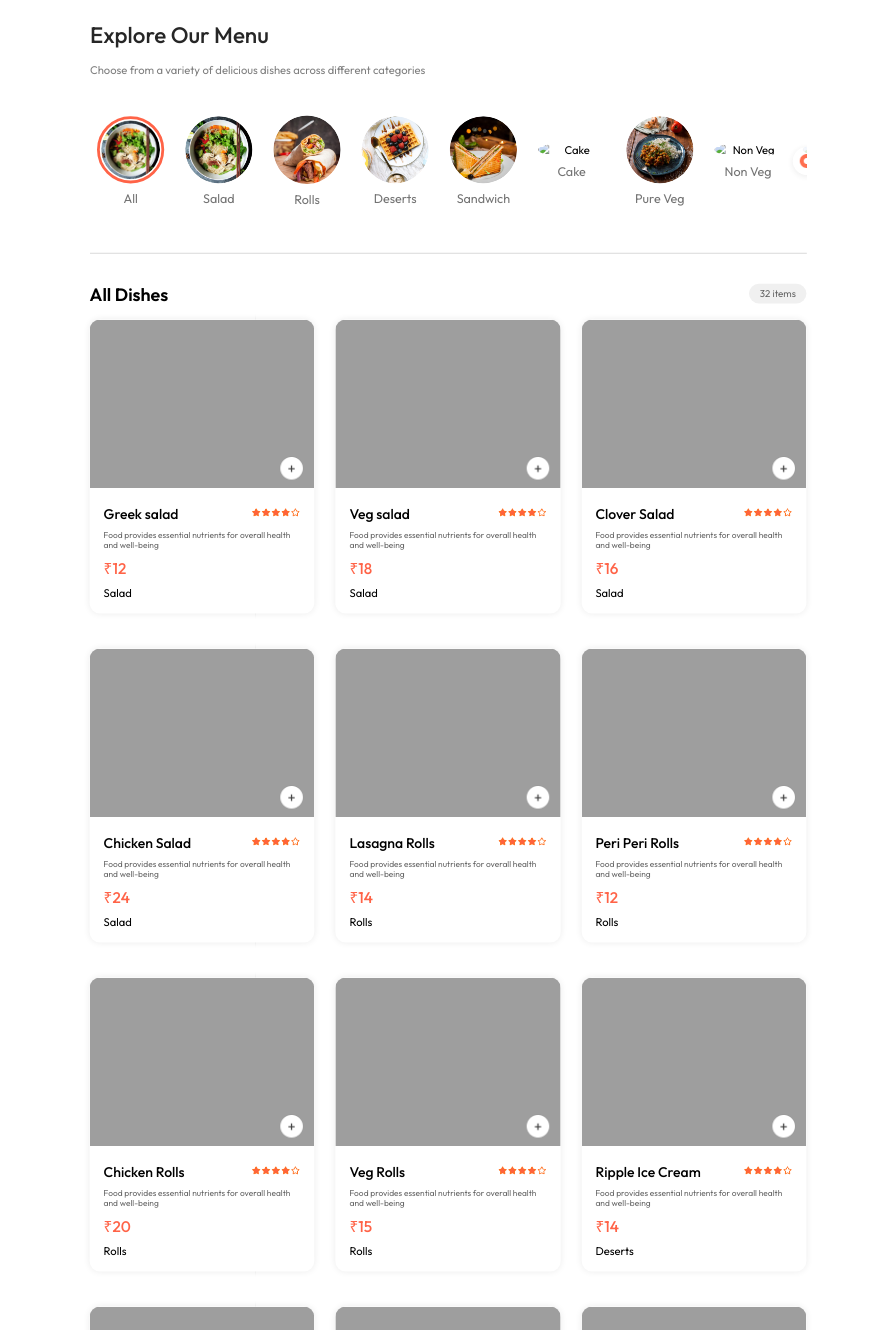
Repository: keyursanglikar/Hotel-Manangement
Page: / (app in frontend/)
The author's editor kept a copy of each file at every save. The page is drawn from the files as they stood at one save, then again after the next save.
The browser window is 1280 px wide. The pictures show the part of the page from y = 609 to 2509 px (the page is 9373 px tall), at 70% of full size.
The page's requests for data from a server got no answer. The project was rebuilt for these pictures with package versions that can differ from the ones it lists, and the page was loaded fresh each time. No one was signed in, and anything a server would have sent is missing. Also part of the build but not shown: frontend/vite.config.js, frontend/src/pages/Cart/Cart.css, frontend/src/pages/Cart/Cart.jsx, frontend/src/pages/PlaceOrder/PlaceOrder.jsx, frontend/src/components/LoginPopup/LoginPopup.css, frontend/src/components/LoginPopup/LoginPopup.jsx, frontend/src/pages/Verify/Verify.css, frontend/src/pages/Verify/Verify.jsx and 2 more.

Above is the page before, as saved 2025-12-04 22:54:50.

After the next save:
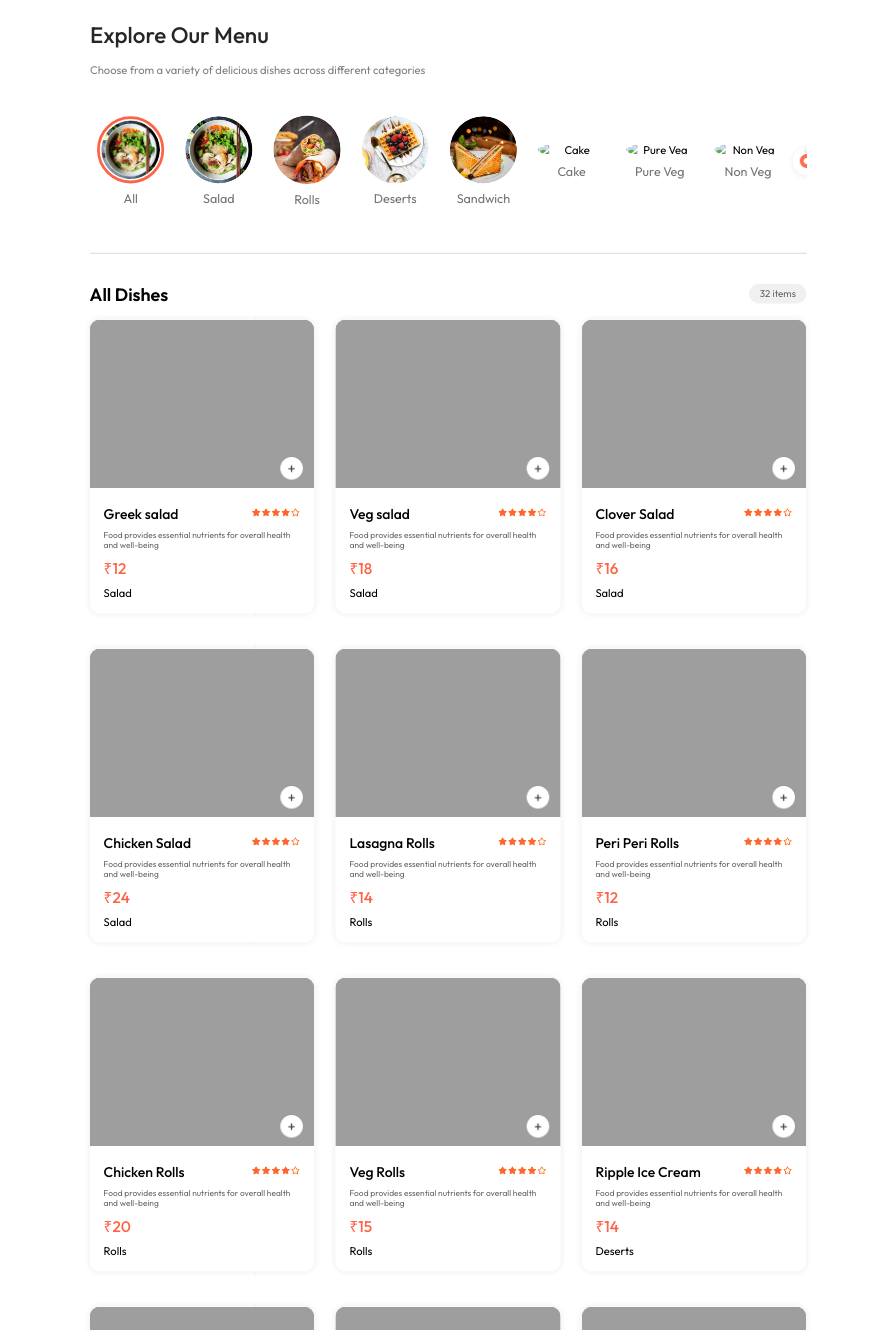
Saved 13 s later.
--- a/frontend/src/assets/assets.js
+++ b/frontend/src/assets/assets.js
@@ -489,7 +489,7 @@ export const menu_list = [
         menu_image: menu_5
     },
     {
-        menu_name: "Pure Veg",
+        menu_name: " Veg",
         menu_image: menu_6
     },
     {
